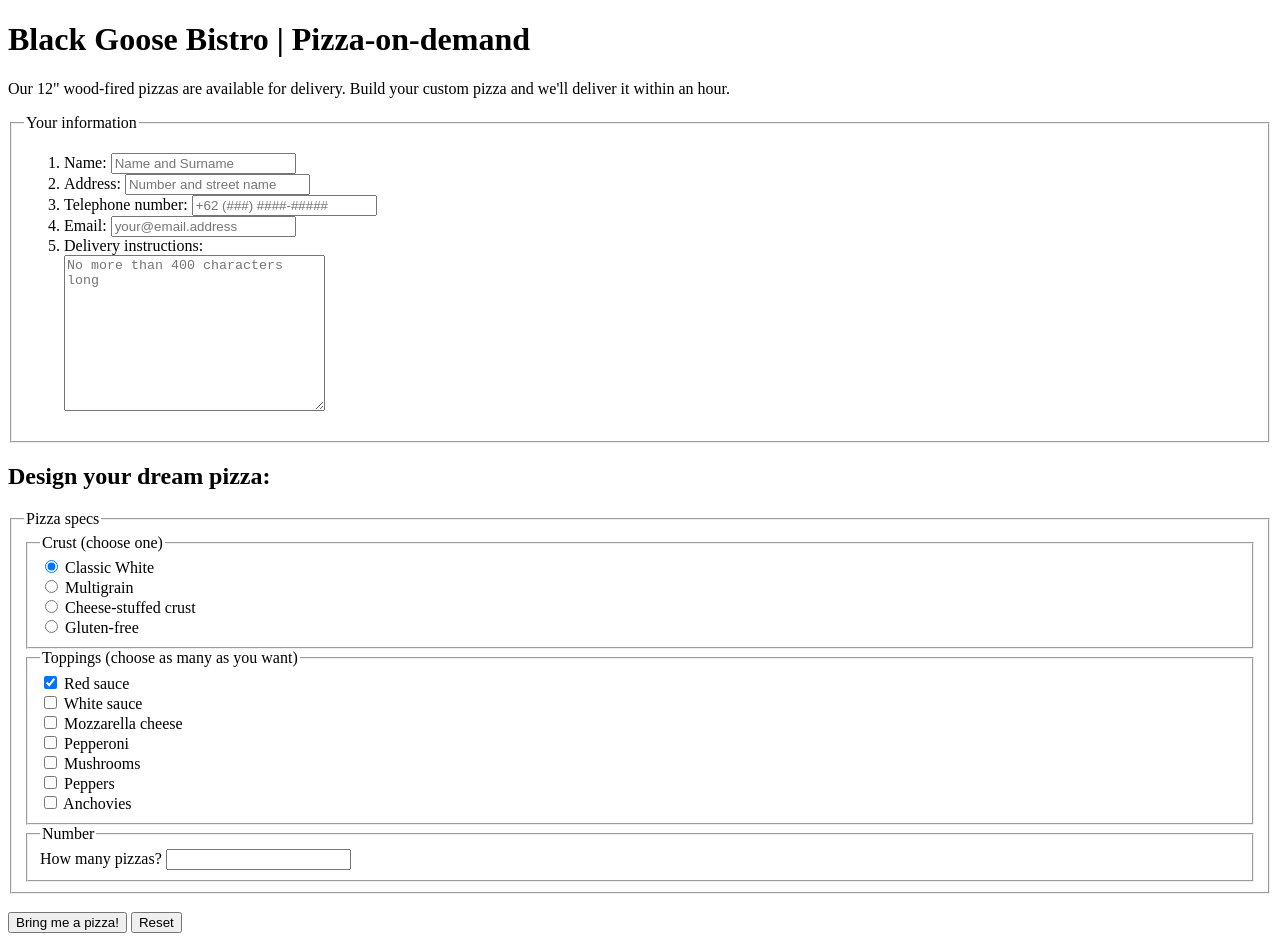
Repository: Colo-Codes/code-practice
Page: 01-html-practice-11.html
These files come from the project's save history. The page is drawn as it stood at one moment and after the next save; the edit follows.
The browser window is 1280 px wide. The pictures show the whole page.

Above is the page before, as saved 2021-04-29 14:23:55.

After the next save:
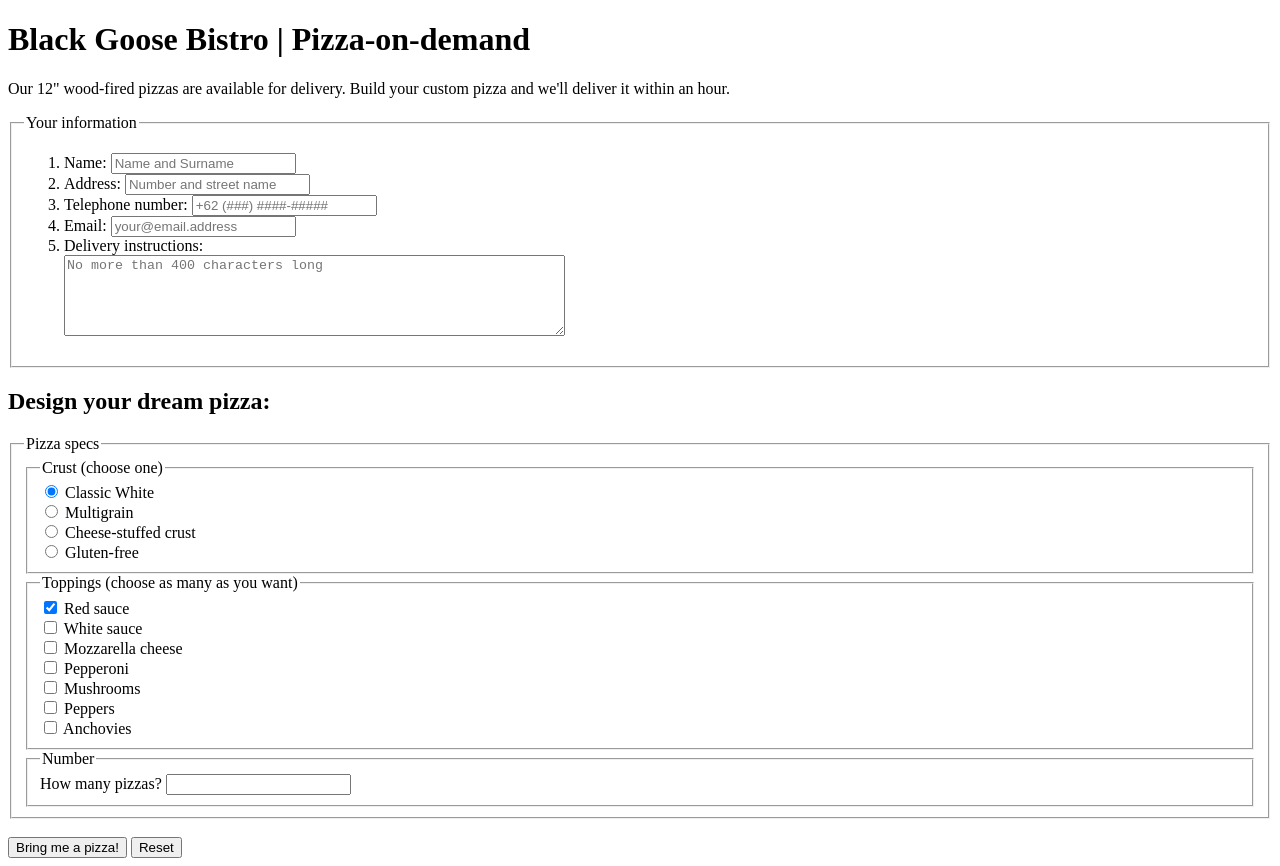
Saved 42 s later.
--- a/01-html-practice-11.html
+++ b/01-html-practice-11.html
@@ -31,7 +31,7 @@
             </li>
             <li>
                 <label for="userDeliveryInstr">Delivery instructions: </label><br>
-                <textarea name="instructions" id="userDeliveryInstr" cols="30" rows="10" maxlength="400" placeholder="No more than 400 characters long"></textarea>
+                <textarea name="instructions" id="userDeliveryInstr" cols="60" rows="5" maxlength="400" placeholder="No more than 400 characters long"></textarea>
             </li>
         </ol>
         </fieldset>
